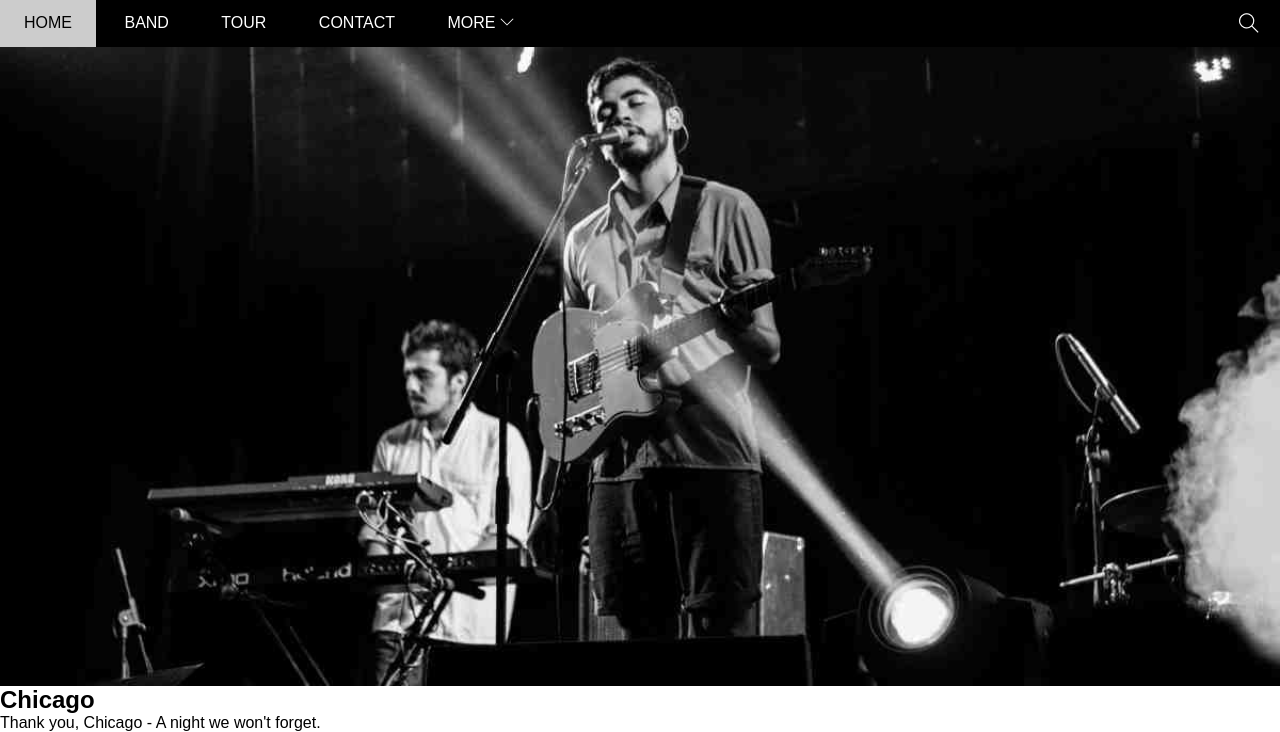
Repository: Thanhtrunghoang123/the-band
Page: index.html
The author's editor kept a copy of each file at every save. The page is drawn from the files as they stood at one save, then again after the next save.
The browser window is 1280 px wide. The pictures show the whole page.

Above is the page before, as saved 2022-07-20 21:08:16.

### index.html
<!DOCTYPE html>
<html lang="en">
<head>
    <meta charset="UTF-8">
    <meta http-equiv="X-UA-Compatible" content="IE=edge">
    <meta name="viewport" content="width=device-width, initial-scale=1.0">
    <title>Document</title>
    <link rel="stylesheet" href="./assest/css/style.css">
    <link rel="stylesheet" href="./assest/fonts/themify-icons/themify-icons.css">



</head>
<body>
    <div id="main">
        <div id="header">
            <!-- Begin: Nav -->
            <ul id="nav">
                <li><a href="">Home</a></li>
                <li><a href="">Band</a></li>
                <li><a href="">Tour</a></li>
                <li><a href="">Contact</a></li>
                <li>
                    <a href="">
                        More
                        <i class=" nav-arrow-down ti-angle-down"></i>

                    </a>
                    <ul class="subnav">
                        <li><a href="">Merchandise</a></li>
                        <li><a href="">Extras</a></li>
                        <li><a href="">Media</a></li>
                    </ul>
                </li>
            </ul>
            <!-- End: Nav -->

            <!-- Begin: Search button -->
            <div class="search-btn">
                <i class=" search-icon ti-search"></i>
            </div>
            <!-- End: Search button -->



        </div>

        <div id="slider">
            <div class="text-content">
                <h2 class="text-heading">Chicago</h2>
                <div class="text-description">Thank you, Chicago - A night we won't forget.</div>

            </div>
        </div>

        <div id="content">

        </div>

        <div id="footer">

        </div>
    </div>
</body>
</html>

### assest/css/style.css
*{
    margin: 0;
    padding: 0;
    box-sizing: border-box;
}

html{
    font-family: Arial, Helvetica, sans-serif;
}
#main{

}

#header{
    height: 46.5px;
    background-color: #000;
    position: fixed;
    top: 0;
    left: 0;
    right: 0;
}
#nav {
    display: inline-block;
}
#nav , .subnav{
    list-style: none;
}
#nav > li{
    display: inline-block;
}

#nav li{
    position: relative;
}

#nav > li > a {
    color: #fff;
    text-transform: uppercase;
}
#nav li a{
    text-decoration: none;
    line-height: 46.5px;
    padding: 0px 24px;
    display: block;
}

#nav li:hover .subnav{
    display: block;
}
#nav > li:hover > a,
#nav .subnav li:hover a{
    color: #000;
    background-color: #ccc;
}

#nav .subnav{
    display: none;
    position: absolute;
    top: 100%;
    background-color: #fff;
    box-shadow: 0 0 10px rgba(0 , 0 , 0 ,0.3);
}
#nav .subnav a{
    color: #000;
    min-width: 160px;
    padding:  0px 12px;
    line-height: 38.5px;
}
#nav .nav-arrow-down{
    font-size: 14px;
}
#header .search-btn{
    float:right;
    padding: 0 21px;
}
#header .search-btn:hover {
    background-color: #f44336;
    cursor: pointer;
}
#header .search-icon {
    color: #fff;
    font-size: 20px;
    line-height: 46px;
}
#slider{
    margin-top: 46px;
    padding-top:50%;
    background: url(/assest/img/slider/chicago.jpg) top center /cover no-repeat;
}

#slider .text-content{
    position: absolute;
}

#slider .text-heading{

}

#slider .text-description{

}

#content{

}

#footer{

}

Loaded but not shown: assest/fonts/themify-icons/themify-icons.css (common file)

After the next save:
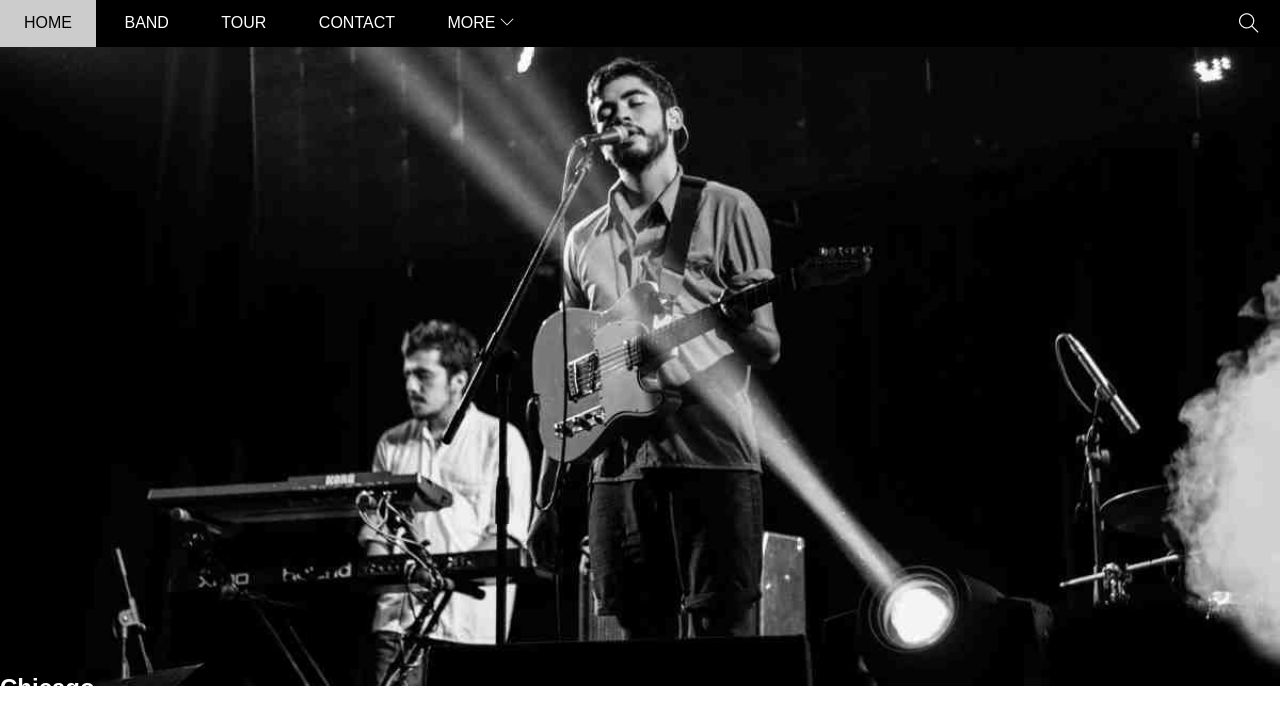
Saved 61 s later.
--- a/assest/css/style.css
+++ b/assest/css/style.css
@@ -90,6 +90,8 @@ html{
 
 #slider .text-content{
     position: absolute;
+    bottom: 0;
+    color: #fff;
 }
 
 #slider .text-heading{
